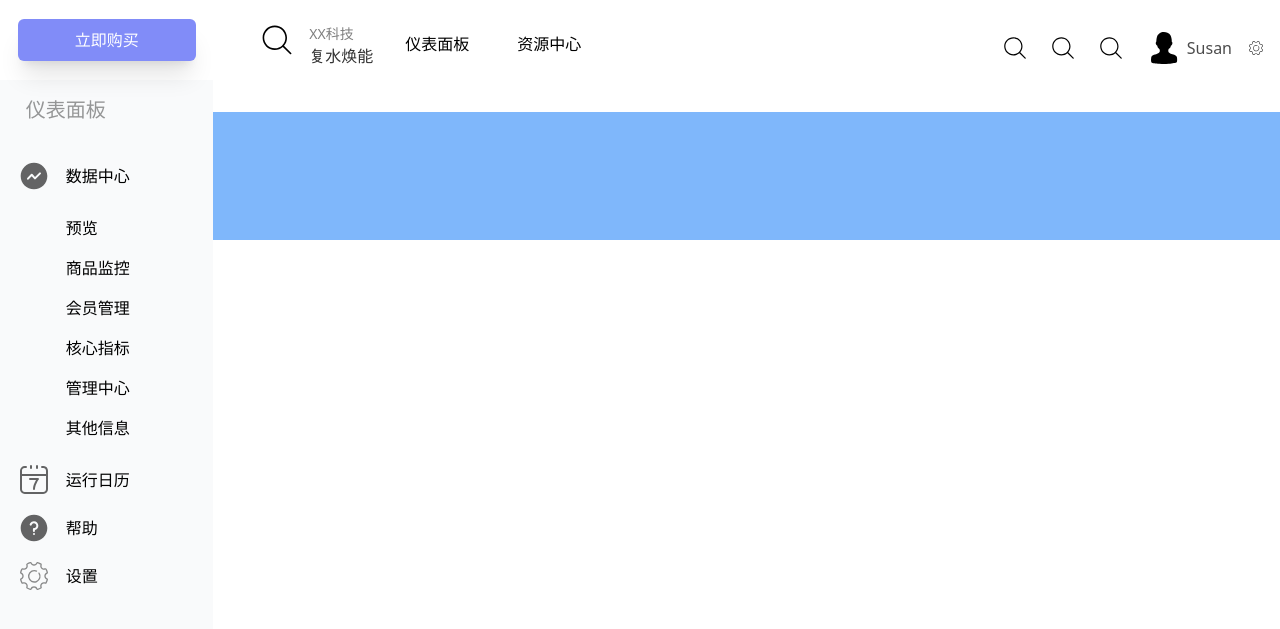
Repository: LiuRuohui/useWater
Page: /
These files come from the project's save history. The page is drawn as it stood at one moment and after the next save; the edit follows.
The browser window is 1280 px wide. The pictures show the whole page.
The project was rebuilt for these pictures with package versions that can differ from the ones it lists, and the page was loaded fresh each time. Also part of the build but not shown: vite.config.js.

Above is the page before, as saved 2022-04-06 23:02:57.

### src/App.vue
<script setup>
import HelloWorld1 from './components/HelloWorld.vue';
</script>

<template>
  <HelloWorld1></HelloWorld1>
</template>

<style>
</style>

### src/index.css
@tailwind base;
@tailwind components;
.inputFrame {
    @apply appearance-none rounded-none relative block w-full px-3 py-2 border border-gray-300 placeholder-gray-500 text-gray-900
}

.inputFrame:focus {
    @apply outline-none border-indigo-500 z-10 inline-block px-5 py-3 rounded-lg shadow-lg
}

.btn {
    @apply relative flex w-full justify-center py-2 border border-transparent font-medium rounded-md text-white bg-indigo-400
}

.btn:hover {
    @apply bg-indigo-500
}

.btn:focus {
    @apply outline-none ring-2 ring-offset-2 ring-indigo-400
}

@tailwind utilities;

### src/components/HelloWorld.vue
<script setup>

</script>

<template>
<div class="w-full h-screen flex flex-row select-none">
  <div class="w-1/5 h-screen justify-center items-center flex flex-col">
    <div class="w-full h-20 justify-center items-center flex">
        <div class="w-5/6">
            <button class="btn text-white justify-center items-center shadow-xl">立即购买</button>
        </div>
    </div>
    <div class="w-full flex flex-grow bg-gray-50 justify-center">
        <div class="w-5/6 pt-4 flex flex-col">
            <div class="h-8 text-xl opacity-40 pl-2">仪表面板</div>
            <div class="mt-4 flex flex-grow flex-col">
                <div class="flex flex-col py-2 hover:cursor-pointer">
                    <div class="flex flex-row py-2 hover:bg-blue-200 hover:cursor-pointer">
                      <img src="../assets/数据.svg" alt="" class="h-8 opacity-60">
                      <div class="pl-4 pt-1">数据中心</div>
                    </div>
                    <div class="mt-2 flex flex-col hover:cursor-pointer">
                        <div class="py-2 pl-12 hover:bg-blue-200">预览</div>
                        <div class="py-2 pl-12 hover:bg-blue-200">商品监控</div>
                        <div class="py-2 pl-12 hover:bg-blue-200">会员管理</div>
                        <div class="py-2 pl-12 hover:bg-blue-200">核心指标</div>
                        <div class="py-2 pl-12 hover:bg-blue-200">管理中心</div>
                        <div class="py-2 pl-12 hover:bg-blue-200">其他信息</div>
                    </div>
                </div>
                <div class="flex flex-row py-2 hover:bg-blue-200 hover:cursor-pointer">
                  <img src="../assets/日历.svg" alt="" class="h-8 opacity-60">
                  <div class="pl-4 pt-1">运行日历</div>
                </div>
                <div class="flex flex-row py-2 hover:bg-blue-200 hover:cursor-pointer">
                  <img src="../assets/帮助.svg" alt="" class="h-8 opacity-60">
                  <div class="pl-4 pt-1">帮助</div>
                </div>
                <div class="flex flex-row py-2 hover:bg-blue-200 hover:cursor-pointer">
                  <img src="../assets/设置.svg" alt="" class="h-8 opacity-60">
                  <div class="pl-4 pt-1">设置</div>
                </div>
            </div>
        </div>
    </div>
  </div>
  <div class="w-full flex flex-grow flex-col">
      <div class="flex flex-row h-24">
          <img src="../assets/搜索.svg" alt="" class="h-8 mt-6 pl-12 hover:cursor-pointer">
          <div class="flex flex-col pt-6 px-4 hover:cursor-pointer">
              <div class="text-sm opacity-50">XX科技</div>
              <div class="text-md opacity-80">复水焕能</div>
          </div>
          <div class="text-base px-4 pt-8 hover:cursor-pointer">仪表面板</div>
          <div class="text-base px-8 pt-8 hover:cursor-pointer">资源中心</div>
          <div class="flex flex-grow flex-row-reverse">
              <img src="../assets/设置.svg" alt="" class="h-4 mt-10 mr-4 hover:cursor-pointer hover:bg-blue-100">
              <span class="my-9 mr-4 text-black text-base opacity-70 hover:cursor-pointer hover:bg-blue-100">Susan</span>
              <img src="../assets/用户.svg" alt="" class="h-8 mt-8 mr-2 hover:cursor-pointer hover:bg-blue-100">
              <img src="../assets/搜索.svg" alt="" class="h-6 mt-9 mr-6 hover:cursor-pointer hover:bg-blue-100">
              <img src="../assets/搜索.svg" alt="" class="h-6 mt-9 mr-6 hover:cursor-pointer hover:bg-blue-100">
              <img src="../assets/搜索.svg" alt="" class="h-6 mt-9 mr-6 hover:cursor-pointer hover:bg-blue-100">
          </div>
      </div>
      <div class="w-full my-4 bg-blue-400 h-32 opacity-80">

      </div>
  </div>
</div>
</template>

<style scoped>

</style>

### tailwind.config.js
module.exports = {
    content: [
        "./index.html",
        "./src/**/*.{vue,js,ts,jsx,tsx}",
    ],
    theme: {
        extend: {},
    },
    variants: {
        backgroundColor: ['responsive', 'hover', 'focus', 'active']
    },
    plugins: [],
}

Loaded but not shown: index.html (common file); src/main.js (common file)

After the next save:
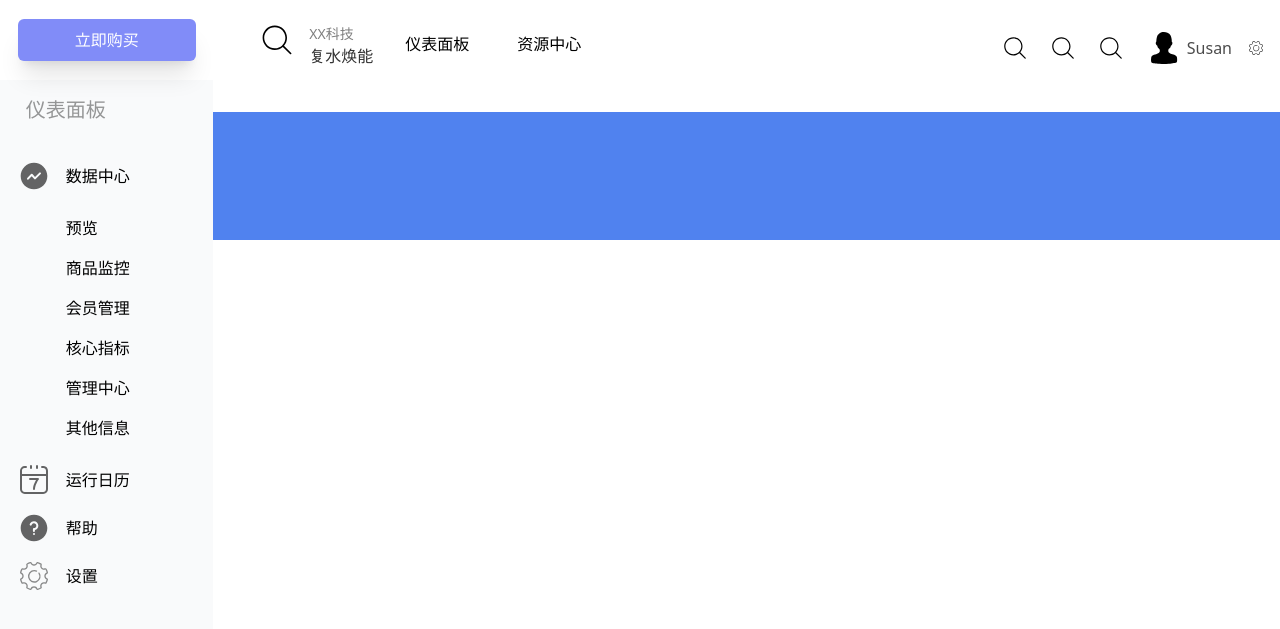
Saved 4 s later.
--- a/src/components/HelloWorld.vue
+++ b/src/components/HelloWorld.vue
@@ -62,7 +62,7 @@
               <img src="../assets/搜索.svg" alt="" class="h-6 mt-9 mr-6 hover:cursor-pointer hover:bg-blue-100">
           </div>
       </div>
-      <div class="w-full my-4 bg-blue-400 h-32 opacity-80">
+      <div class="w-full my-4 bg-blue-600 h-32 opacity-80">
 
       </div>
   </div>
